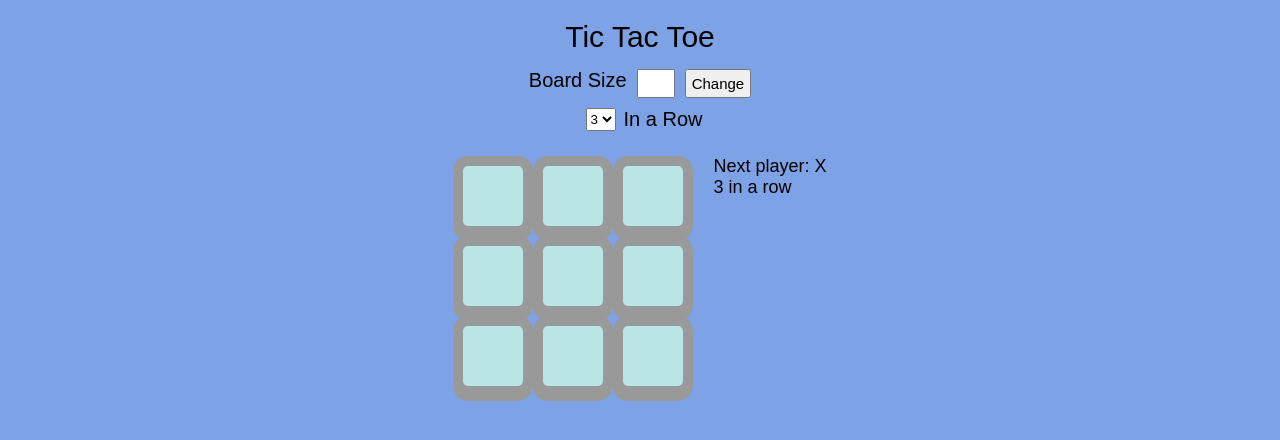
Repository: yshong211/tic-tac-toe-0708
Page: /
The author's editor kept a copy of each file at every save. The page is drawn from the files as they stood at one save, then again after the next save.
The browser window is 1280 px wide. The pictures show the whole page.
The project was rebuilt for these pictures with package versions that can differ from the ones it lists, and the page was loaded fresh each time.

Above is the page before, as saved 2020-07-09 10:41:34.

### src/index.jsx
import React from 'react';
import ReactDOM from 'react-dom';
import './index.css';
import GetDim from './components/getDim/getDim';

// ========================================

// renders the game component to element

ReactDOM.render(<GetDim />, document.getElementById('root'));

### src/index.css
body {
  font: 18px 'Century Gothic', Futura, sans-serif; /* size, font */
  margin: 20px; /* space outside of border */
  background-color: rgb(126, 162, 230);
}

form {
  margin-bottom: 20px;
}

ol,
ul {
  padding-left: 30px; /* space b/t left border to content */
}

.board-row:after {
  clear: both;
  content: '';
  display: table;
}

.status {
  margin-bottom: 10px;
}


.square:focus {
  outline: none;
}

.kbd-navigation .square:focus {
  background: #ddd;
}

### src/components/getDim/getDim.jsx
import React from 'react';
import Game from '../game/game';
import './getDim.css';

export default class GetDim extends React.Component {
  constructor(props) {
    super(props);
    this.state = { rows: 3, winning: 3, board: [] };
    this.handleInputChange = this.handleInputChange.bind(this);
    this.handleClick = this.handleClick.bind(this);
  }

  handleInputChange(event) {
    const value = event.target.value;
    const name = event.target.name;
    this.setState({
      [name]: value,
    });
  }

  handleClick(e) {
    e.preventDefault();
    if (window.confirm('It will refresh the game! Continue?')) {
      if (this.refs.rows.value < 3 || this.refs.rows.value > 10) {
        alert('3-10 only');
      } else {
        this.setState({
          rows: this.refs.rows.value,
          board: [],
        });
      }
    }
  }

  how_many(rows) {
    let how = [];
    for (let i = 3; i <= rows; i++) {
      how.push(<option value={i}>{i}</option>);
    }
    return how;
  }

  render() {
    return (
      <div className="submission">
        <div className="game_name">Tic Tac Toe</div>
        <form>
          <label className="size">
            Board Size
            <br />
            <input ref="rows" type="number" />
            <button
              className="submit"
              onClick={(e) => {
                this.handleClick(e);
              }}
            >
              Change
            </button>
          </label>
        </form>

        <label className="win">
          <select
            className="win_select"
            name="winning"
            value={this.state.winning}
            onChange={this.handleInputChange}
          >
            {this.how_many(this.state.rows)}
          </select>
          In a Row
          <br />
        </label>

        <Game
          rows={parseInt(this.state.winning)}
          board_rows={parseInt(this.state.rows)}
          board={this.state.board}
        />
      </div>
    );
  }
}

### src/components/game/game.jsx
import React from 'react';
import Board from '../board/board';
import './game.css';

export default class Game extends React.Component {
  constructor(props) {
    super(props);
    this.state = {
      history: [], // track the last index
      stepNumber: 0, // count var
      xIsNext: true,
    };
  }

  hor(squares, row_length, count, x, o) {
    let index = 0;
    for (let i = 0; i < this.props.board_rows; i++) {
      for (let j = 0; j < this.props.board_rows; j++) {
        if (squares[index] === 'X') {
          x++;
          o = 0;
          count++;
        } else if (squares[index] === 'O') {
          o++;
          x = 0;
          count++;
        } else {
          count = 0;
        }
        index++;
        if (o >= row_length && count >= row_length) {
          return 'O';
        }
        if (x >= row_length && count >= row_length) {
          return 'X';
        }
      }
      x = 0;
      o = 0;
    }
  }

  vert(squares, row_length, count, x, o) {
    for (let i = 0; i < this.props.board_rows; i++) {
      for (
        let j = i;
        j < this.props.board_rows ** 2;
        j += this.props.board_rows
      ) {
        if (squares[j] === 'X') {
          x++;
          o = 0;
          count++;
        } else if (squares[j] === 'O') {
          o++;
          x = 0;
          count++;
        } else {
          count = 0;
        }
        if (o >= row_length && count >= row_length) {
          return 'O';
        }
        if (x >= row_length && count >= row_length) {
          return 'X';
        }
      }
      x = 0;
      o = 0;
    }
  }

  cross(squares, row_length, count, x, o) {
    //let track = 1;
    //let rows = this.props.board_rows;
    for (let i = row_length - 1; i < row_length ** 2 - 1; i += row_length - 1) {
      if (squares[i] === 'X') {
        x++;
      }
      if (squares[i] === 'O') {
        o++;
      }
      count++;
    }
    if (o === row_length) {
      return 'O';
    }
    if (x === row_length) {
      return 'X';
    }
    o = 0;
    x = 0;

    for (let j = row_length - 1; j < row_length ** 2 - 1; j += row_length - 1) {
      if (squares[j] === 'X') {
        x++;
      }
      if (squares[j] === 'O') {
        o++;
      }
      count++;
    }
    if (o === row_length) {
      return 'O';
    }
    if (x === row_length) {
      return 'X';
    }
    o = 0;
    x = 0;
  }

  calculateWinner(squares, rows) {
    const count = 0;
    const x = 0;
    const o = 0;
    if (
      this.hor(squares, rows, count, x, o) === 'O' ||
      this.hor(squares, rows, count, x, o) === 'X'
    ) {
      return this.hor(squares, rows, count, x, o);
    } else if (
      this.vert(squares, rows, count, x, o) === 'O' ||
      this.vert(squares, rows, count, x, o) === 'X'
    ) {
      return this.vert(squares, rows, count, x, o);
    } else if (
      this.cross(squares, rows, count, x, o) === 'O' ||
      this.cross(squares, rows, count, x, o) === 'X'
    ) {
      return this.cross(squares, rows, count, x, o);
    }

    return null;
  }

  handleClick(i) {
    const hist = this.state.history;
    const squares = this.props.board;
    const rows = this.props.rows;
    if (this.calculateWinner(squares, rows) || squares[i]) {
      // ends the game
      return;
    }
    squares[i] = this.state.xIsNext ? 'X' : 'O';
    hist.push(i);
    this.setState({
      board: squares,
      history: hist,
      stepNumber: this.state.history.length,
      xIsNext: !this.state.xIsNext, // changes turn
    });
  }

  jumpTo(history, board, step) {
    for (let i = history.length - 1; i >= step; i--) {
      board[history.pop()] = null;
    }
    this.setState({
      stepNumber: step,
      xIsNext: step % 2 === 0,
    });
  }

  render() {
    const board = this.props.board;
    const history = this.state.history;
    const rows = this.props.rows;
    const winner = this.calculateWinner(board, rows);
    const moves = history.map((step, move) => {
      const desc = move ? 'Go to move #' + move : 'Refresh';

      return (
        <li key={move}>
          <button onClick={() => this.jumpTo(history, board, move)}>
            {desc}
          </button>
        </li>
      );
    });

    let status;
    winner
      ? (status = 'Winner: ' + winner)
      : (status = 'Next player: ' + (this.state.xIsNext ? 'X' : 'O'));

    return (
      <div className="game">
        <div className="game-board">
          <Board
            rows={this.props.board_rows}
            squares={board}
            onClick={(i) => this.handleClick(i)}
          />
        </div>
        <div className="game-info">
          <div>{status}</div>
          <div>{rows} in a row</div>
          <ol>{moves}</ol>
        </div>
      </div>
    );
  }
}

### src/components/getDim/getDim.css
input {
  margin-left: 10px;
  width: 30px;
  height: 23px;
}
select {
  margin-left: 8px;
}
form {
  margin-bottom: 10px;
}
.game_name {
  font-size:30px;
  text-align: center;
  margin-bottom:15px;
}
.submit {
  margin-left: 10px;
  padding: 3px 5px;
  font-size: 15px;

}
.size {
  display: flex;
  font-size: 20px;
  justify-content: center;
}
.win {
  display: flex;
  font-size: 20px;
  justify-content: center;
  align-content: flex-start;
  padding: 0px;
  /*margin-top: 5px;*/
}
.win_select {
  margin-right: 8px;
}

### src/components/board/board.jsx
import React from 'react';
import Square from '../square/square';

export default class Board extends React.Component {
  renderSquare(i) {
    return (
      <Square
        value={this.props.squares[i]}
        onClick={() => this.props.onClick(i)}
      />
    );
  }
  create_rq(start, end) {
    let rows = [];
    for (let i = start; i < end; i++) {
      rows.push(this.renderSquare(i));
    }
    return rows;
  }
  create_row(start) {
    let board_r = [];
    for (let i = 0; i < start; i++) {
      let new_r = i * start;
      let new_end = parseInt(new_r) + parseInt(start);
      board_r.push(
        <div className="board-row">{this.create_rq(new_r, new_end)}</div>
      );
    }
    return board_r;
  }
  render() {
    return <div>{this.create_row(this.props.rows)}</div>;
  }
}

### src/components/game/game.css
.game {
    margin-top: 25px;
    display: flex;
    flex-direction: row;
    justify-content: center;
  }

  .game-info {
    margin-left: 20px;
  }

### src/components/square/square.jsx
import React from 'react';
import './square.css'

export default function Square(props) {
  return (
    <button className="square" onClick={props.onClick}>
      {props.value}
    </button>
  );
}

### src/components/square/square.css
.square {
  display: inline-block;
  background: rgb(184, 230, 230);
  border: 10px solid #999;

  font-size: 60px;
  cursor: pointer; /* allows control over cursur*/
  height: 80px;
  text-align: center;
  width: 80px;
  border-radius: 15px;
  box-shadow: 0 5px #999;
}

.square:hover {
  background-color: #c0c0e0;
}
.square:active {
  background-color: #525252;
  box-shadow: 0 5px #666;
  transform: translateY(4px);
}

Loaded but not shown: public/index.html (common file)

After the next save:
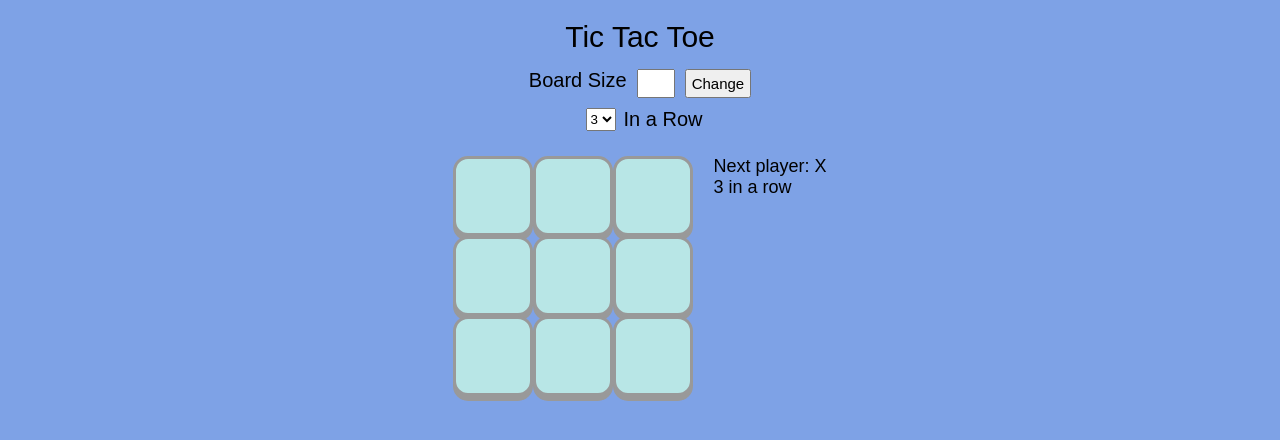
Saved 39 s later.
--- a/src/components/square/square.css
+++ b/src/components/square/square.css
@@ -1,8 +1,8 @@
 .square {
   display: inline-block;
   background: rgb(184, 230, 230);
-  border: 10px solid #999;
-
+  border: 3px solid #999;
+  float: right;
   font-size: 60px;
   cursor: pointer; /* allows control over cursur*/
   height: 80px;
